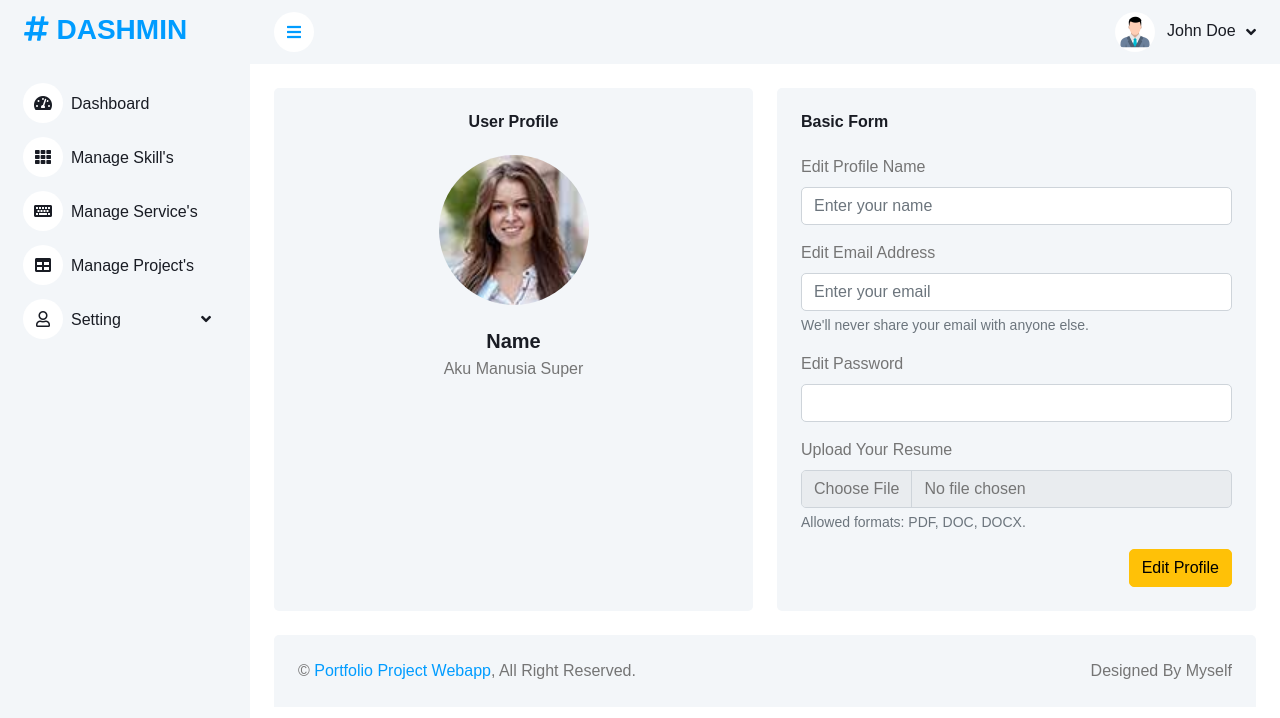
Repository: h4fizm/management-portfolio-project-webapp
Page: http://localhost/profile
These files come from the project's save history. The page is drawn as it stood at one moment and after the next save; the edit follows.
The browser window is 1280 px wide. The pictures show the whole page.
Some web fonts or font styles are not loaded; a fallback is used. Some web libraries are served in a nearby version. The page is served by the project's Laravel application, run on PHP 8.4 with Laravel 12. A made-up administrator, Test User (test@example.com), is signed in. Other server files are loaded and not shown.

Above is the page before, as saved 2025-01-15 03:23:43.
Console error: TypeError: Cannot read properties of undefined (reading 'getContext')

### routes/web.php
<?php

use Illuminate\Support\Facades\Route;
use App\Http\Controllers\AuthController;
use App\Http\Controllers\DashboardController;
use App\Http\Controllers\ProfileController;

Route::get('/', function () {
    return view('LandingPage');
});

Route::get('/login', [AuthController::class, 'showLoginPage'])->name('login.page');
Route::post('/login', [AuthController::class, 'login'])->name('login');

Route::get('/register', [AuthController::class, 'showRegisterPage'])->name('register.page');
Route::post('/register', [AuthController::class, 'register'])->name('register');

Route::post('/logout', [AuthController::class, 'logout'])->name('logout');

// Lindungi route dashboard dengan middleware auth
Route::get('/dashboard', [DashboardController::class, 'showMainPage'])->middleware('auth')->name('dashboard');
Route::get('/manage-user', [ProfileController::class, 'showManageUserPage'])->middleware('auth')->name('manage-user');
Route::get('/profile', [ProfileController::class, 'showProfilePage'])->middleware('auth')->name('profile');

### app/Models/User.php
<?php

namespace App\Models;

use Illuminate\Database\Eloquent\Factories\HasFactory;
use Illuminate\Database\Eloquent\Model;
use Illuminate\Foundation\Auth\User as Authenticatable;

class User extends Authenticatable
{
    use HasFactory;

    // Tentukan tabel yang digunakan
    protected $table = 'user';

    // Tentukan kolom yang dapat diisi
    protected $fillable = ['name', 'email', 'password', 'upload_resume'];

    // Sembunyikan kolom tertentu saat serialisasi
    protected $hidden = ['password', 'remember_token'];
}

### app/Http/Controllers/ProfileController.php
<?php

namespace App\Http\Controllers;

use Illuminate\Http\Request;

class ProfileController extends Controller
{
    public function showProfilePage()
    {
        return view('menu.profile');
    }
    public function showManageUserPage()
    {
        return view('menu.manage-user');
    }
}

### resources/views/menu/profile.blade.php
@extends('MainPage')
@section('title', 'User Profile')
@section('content')
<div class="container-fluid pt-4 px-4">
    <div class="row g-4">
        <!-- Bagian Kiri: Foto dan Nama -->
        <div class="col-lg-6">
            <div class="bg-light rounded h-100 p-4 text-center">
                <h6 class="mb-4">User Profile</h6>
                <div class="testimonial-item">
                    <img class="img-fluid rounded-circle mx-auto mb-4"
                         src="{{ asset('DashPage/img/testimonial-1.jpg') }}"
                         style="width: 150px; height: 150px;">
                    <h5 class="mb-1">Name</h5>
                    <p class="mb-0">Aku Manusia Super</p>
                </div>
            </div>
        </div>

        <!-- Bagian Kanan: Formulir -->
        <div class="col-lg-6">
            <div class="bg-light rounded h-100 p-4">
                <h6 class="mb-4">Basic Form</h6>
                <form>
                    <!-- Input Nama -->
                    <div class="mb-3">
                        <label for="exampleInputName" class="form-label">Edit Profile Name</label>
                        <input type="text" class="form-control" id="exampleInputName" name="name" placeholder="Enter your name">
                    </div>

                    <!-- Input Email -->
                    <div class="mb-3">
                        <label for="exampleInputEmail" class="form-label">Edit Email Address</label>
                        <input type="email" class="form-control" id="exampleInputEmail" name="email" placeholder="Enter your email">
                        <div id="emailHelp" class="form-text">We'll never share your email with anyone else.</div>
                    </div>

                    <!-- Input Password -->
                    <div class="mb-3">
                        <label for="exampleInputPassword1" class="form-label">Edit Password</label>
                        <input type="password" class="form-control" id="exampleInputPassword1" name="password">
                    </div>

                    <!-- Input File untuk Resume -->
                    <div class="mb-3">
                        <label for="formFileResume" class="form-label">Upload Your Resume</label>
                        <input class="form-control" type="file" id="formFileResume" name="resume" accept=".pdf,.doc,.docx">
                        <div id="fileHelp" class="form-text">Allowed formats: PDF, DOC, DOCX.</div>
                    </div>

                    <!-- Tombol Submit di Pojok Kanan Bawah -->
                    <div class="d-flex justify-content-end">
                        <button type="submit" class="btn btn-warning">Edit Profile</button>
                    </div>
                </form>
            </div>
        </div>
    </div>
</div>
@endsection

### resources/views/MainPage.blade.php
<!DOCTYPE html>
<html lang="en">

<head>
    <meta charset="utf-8">
    <title>@yield('title')</title>
    <meta content="width=device-width, initial-scale=1.0" name="viewport">
    <meta content="" name="keywords">
    <meta content="" name="description">

    <!-- Favicon -->
    <link href="img/favicon.ico" rel="icon">

    <!-- Google Web Fonts -->
    <link rel="preconnect" href="https://fonts.googleapis.com">
    <link rel="preconnect" href="https://fonts.gstatic.com" crossorigin>
    <link href="https://fonts.googleapis.com/css2?family=Heebo:wght@400;500;600;700&display=swap" rel="stylesheet">

    <!-- Icon Font Stylesheet -->
    <link href="https://cdnjs.cloudflare.com/ajax/libs/font-awesome/5.10.0/css/all.min.css" rel="stylesheet">
    <link href="https://cdn.jsdelivr.net/npm/bootstrap-icons@1.4.1/font/bootstrap-icons.css" rel="stylesheet">

    <!-- Libraries Stylesheet -->
    <link href="{{ asset('DashPage/lib/owlcarousel/assets/owl.carousel.min.css')}}" rel="stylesheet">
    <link href="{{ asset('DashPage/lib/tempusdominus/css/tempusdominus-bootstrap-4.min.css')}}" rel="stylesheet" />

    <!-- Customized Bootstrap Stylesheet -->
    <link href="{{ asset('DashPage/css/bootstrap.min.css')}}" rel="stylesheet">

    <!-- Template Stylesheet -->
    <link href="{{ asset('DashPage/css/style.css')}}" rel="stylesheet">
</head>

<body>
    <div class="container-xxl position-relative bg-white d-flex p-0">
        <!-- Spinner Start -->
        <div id="spinner" class="show bg-white position-fixed translate-middle w-100 vh-100 top-50 start-50 d-flex align-items-center justify-content-center">
            <div class="spinner-border text-primary" style="width: 3rem; height: 3rem;" role="status">
                <span class="sr-only">Loading...</span>
            </div>
        </div>
        <!-- Spinner End -->


        <!-- Sidebar Start -->
        @include('partials.sidebar')
        <!-- Sidebar End -->


        <!-- Content Start -->
        <div class="content">
            <!-- Navbar Start -->
            @include('partials.header')
            <!-- Navbar End -->


            <!-- Main Content -->
             @yield('content')
            <!-- End Main Content -->

            <!-- Footer Start -->
             @include('partials.footer')
            <!-- Footer End -->
        </div>
        <!-- Content End -->


        <!-- Back to Top -->
        {{-- <a href="#" class="btn btn-lg btn-primary btn-lg-square back-to-top"><i class="bi bi-arrow-up"></i></a> --}}
    </div>

    <!-- JavaScript Libraries -->
    <script src="https://code.jquery.com/jquery-3.4.1.min.js"></script>
    <script src="https://cdn.jsdelivr.net/npm/bootstrap@5.0.0/dist/js/bootstrap.bundle.min.js"></script>
    <script src="{{ asset('DashPage/lib/chart/chart.min.js')}}"></script>
    <script src="{{ asset('DashPage/lib/easing/easing.min.js')}}"></script>
    <script src="{{ asset('DashPage/lib/waypoints/waypoints.min.js')}}"></script>
    <script src="{{ asset('DashPage/lib/owlcarousel/owl.carousel.min.js')}}"></script>
    <script src="{{ asset('DashPage/lib/tempusdominus/js/moment.min.js')}}"></script>
    <script src="{{ asset('DashPage/lib/tempusdominus/js/moment-timezone.min.js')}}"></script>
    <script src="{{ asset('DashPage/lib/tempusdominus/js/tempusdominus-bootstrap-4.min.js')}}"></script>

    <!-- Template Javascript -->
    <script src="{{ asset('DashPage/js/main.js')}}"></script>
</body>

</html>

### resources/views/partials/sidebar.blade.php
<div class="sidebar pe-4 pb-3">
    <nav class="navbar bg-light navbar-light">
        <a href="{{ route('dashboard') }}" class="navbar-brand mx-4 mb-3">
            <h3 class="text-primary"><i class="fa fa-hashtag me-2"></i>DASHMIN</h3>
        </a>
        <div class="navbar-nav w-100">
            <a href="{{ route('dashboard') }}" class="nav-item nav-link @if(Route::currentRouteName() == 'dashboard') active @endif">
                <i class="fa fa-tachometer-alt me-2"></i>Dashboard
            </a>
            <a href="#" class="nav-item nav-link">
                <i class="fa fa-th me-2"></i>Manage Skill's
            </a>
            <a href="#" class="nav-item nav-link">
                <i class="fa fa-keyboard me-2"></i>Manage Service's
            </a>
            <a href="#" class="nav-item nav-link">
                <i class="fa fa-table me-2"></i>Manage Project's
            </a>
            <div class="nav-item dropdown">
                <a href="#" class="nav-link dropdown-toggle" data-bs-toggle="dropdown">
                    <i class="far fa-user me-2"></i>Setting
                </a>
                <div class="dropdown-menu bg-transparent border-0">
                    <a href="{{ route('manage-user') }}" class="dropdown-item">Manage User</a>
                    <a href="{{ route('profile') }}" class="dropdown-item @if(Route::currentRouteName() == 'profile') active @endif">My Profile</a>
                </div>
            </div>
        </div>
    </nav>
</div>

### resources/views/partials/header.blade.php
<nav class="navbar navbar-expand bg-light navbar-light sticky-top px-4 py-0">
    <a href="index.html" class="navbar-brand d-flex d-lg-none me-4">
        <h2 class="text-primary mb-0"><i class="fa fa-hashtag"></i></h2>
    </a>
    <a href="#" class="sidebar-toggler flex-shrink-0">
        <i class="fa fa-bars"></i>
    </a>
    <div class="navbar-nav align-items-center ms-auto">
        <div class="nav-item dropdown">
            <a href="#" class="nav-link dropdown-toggle" data-bs-toggle="dropdown">
                <img class="rounded-circle me-lg-2" src="{{ asset('DashPage/img/user.jpg') }}" alt="" style="width: 40px; height: 40px;">
                <span class="d-none d-lg-inline-flex">John Doe</span>
            </a>
            <div class="dropdown-menu dropdown-menu-end bg-light border-0 rounded-0 rounded-bottom m-0">
                <a href="#" class="dropdown-item">My Profile</a>
                <a href="#" class="dropdown-item" onclick="event.preventDefault(); document.getElementById('logout-form').submit();">
                    Log Out
                </a>
                <form id="logout-form" action="{{ route('logout') }}" method="POST" style="display: none;">
                    @csrf
                </form>
            </div>
        </div>
    </div>
</nav>

### resources/views/partials/footer.blade.php
<div class="container-fluid pt-4 px-4">
    <div class="bg-light rounded-top p-4">
        <div class="row">
            <div class="col-12 col-sm-6 text-center text-sm-start">
                &copy; <a href="">Portfolio Project Webapp</a>, All Right Reserved.
            </div>
            <div class="col-12 col-sm-6 text-center text-sm-end">
                <!--/*** This template is free as long as you keep the footer author’s credit link/attribution link/backlink. If you'd like to use the template without the footer author’s credit link/attribution link/backlink, you can purchase the Credit Removal License from "https://htmlcodex.com/credit-removal". Thank you for your support. ***/-->
                Designed By Myself</a>
            </div>
        </div>
    </div>
</div>

### public/DashPage/css/style.css
/********** Template CSS **********/
:root {
    --primary: #009CFF;
    --light: #F3F6F9;
    --dark: #191C24;
}

.back-to-top {
    position: fixed;
    display: none;
    right: 45px;
    bottom: 45px;
    z-index: 99;
}


/*** Spinner ***/
#spinner {
    opacity: 0;
    visibility: hidden;
    transition: opacity .5s ease-out, visibility 0s linear .5s;
    z-index: 99999;
}

#spinner.show {
    transition: opacity .5s ease-out, visibility 0s linear 0s;
    visibility: visible;
    opacity: 1;
}


/*** Button ***/
.btn {
    transition: .5s;
}

.btn.btn-primary {
    color: #FFFFFF;
}

.btn-square {
    width: 38px;
    height: 38px;
}

.btn-sm-square {
    width: 32px;
    height: 32px;
}

.btn-lg-square {
    width: 48px;
    height: 48px;
}

.btn-square,
.btn-sm-square,
.btn-lg-square {
    padding: 0;
    display: inline-flex;
    align-items: center;
    justify-content: center;
    font-weight: normal;
    border-radius: 50px;
}


/*** Layout ***/
.sidebar {
    position: fixed;
    top: 0;
    left: 0;
    bottom: 0;
    width: 250px;
    height: 100vh;
    overflow-y: auto;
    background: var(--light);
    transition: 0.5s;
    z-index: 999;
}

.content {
    margin-left: 250px;
    min-height: 100vh;
    background: #FFFFFF;
    transition: 0.5s;
}

@media (min-width: 992px) {
    .sidebar {
        margin-left: 0;
    }

    .sidebar.open {
        margin-left: -250px;
    }

    .content {
        width: calc(100% - 250px);
    }

    .content.open {
        width: 100%;
        margin-left: 0;
    }
}

@media (max-width: 991.98px) {
    .sidebar {
        margin-left: -250px;
    }

    .sidebar.open {
        margin-left: 0;
    }

    .content {
        width: 100%;
        margin-left: 0;
    }
}


/*** Navbar ***/
.sidebar .navbar .navbar-nav .nav-link {
    padding: 7px 20px;
    color: var(--dark);
    font-weight: 500;
    border-left: 3px solid var(--light);
    border-radius: 0 30px 30px 0;
    outline: none;
}

.sidebar .navbar .navbar-nav .nav-link:hover,
.sidebar .navbar .navbar-nav .nav-link.active {
    color: var(--primary);
    background: #FFFFFF;
    border-color: var(--primary);
}

.sidebar .navbar .navbar-nav .nav-link i {
    width: 40px;
    height: 40px;
    display: inline-flex;
    align-items: center;
    justify-content: center;
    background: #FFFFFF;
    border-radius: 40px;
}

.sidebar .navbar .navbar-nav .nav-link:hover i,
.sidebar .navbar .navbar-nav .nav-link.active i {
    background: var(--light);
}

.sidebar .navbar .dropdown-toggle::after {
    position: absolute;
    top: 15px;
    right: 15px;
    border: none;
    content: "\f107";
    font-family: "Font Awesome 5 Free";
    font-weight: 900;
    transition: .5s;
}

.sidebar .navbar .dropdown-toggle[aria-expanded=true]::after {
    transform: rotate(-180deg);
}

.sidebar .navbar .dropdown-item {
    padding-left: 25px;
    border-radius: 0 30px 30px 0;
}

.content .navbar .navbar-nav .nav-link {
    margin-left: 25px;
    padding: 12px 0;
    color: var(--dark);
    outline: none;
}

.content .navbar .navbar-nav .nav-link:hover,
.content .navbar .navbar-nav .nav-link.active {
    color: var(--primary);
}

.content .navbar .sidebar-toggler,
.content .navbar .navbar-nav .nav-link i {
    width: 40px;
    height: 40px;
    display: inline-flex;
    align-items: center;
    justify-content: center;
    background: #FFFFFF;
    border-radius: 40px;
}

.content .navbar .dropdown-toggle::after {
    margin-left: 6px;
    vertical-align: middle;
    border: none;
    content: "\f107";
    font-family: "Font Awesome 5 Free";
    font-weight: 900;
    transition: .5s;
}

.content .navbar .dropdown-toggle[aria-expanded=true]::after {
    transform: rotate(-180deg);
}

@media (max-width: 575.98px) {
    .content .navbar .navbar-nav .nav-link {
        margin-left: 15px;
    }
}


/*** Date Picker ***/
.bootstrap-datetimepicker-widget.bottom {
    top: auto !important;
}

.bootstrap-datetimepicker-widget .table * {
    border-bottom-width: 0px;
}

.bootstrap-datetimepicker-widget .table th {
    font-weight: 500;
}

.bootstrap-datetimepicker-widget.dropdown-menu {
    padding: 10px;
    border-radius: 2px;
}

.bootstrap-datetimepicker-widget table td.active,
.bootstrap-datetimepicker-widget table td.active:hover {
    background: var(--primary);
}

.bootstrap-datetimepicker-widget table td.today::before {
    border-bottom-color: var(--primary);
}


/*** Testimonial ***/
.progress .progress-bar {
    width: 0px;
    transition: 2s;
}


/*** Testimonial ***/
.testimonial-carousel .owl-dots {
    margin-top: 24px;
    display: flex;
    align-items: flex-end;
    justify-content: center;
}

.testimonial-carousel .owl-dot {
    position: relative;
    display: inline-block;
    margin: 0 5px;
    width: 15px;
    height: 15px;
    border: 5px solid var(--primary);
    border-radius: 15px;
    transition: .5s;
}

.testimonial-carousel .owl-dot.active {
    background: var(--dark);
    border-color: var(--primary);
}

### public/DashPage/js/main.js
(function ($) {
    "use strict";

    // Spinner
    var spinner = function () {
        setTimeout(function () {
            if ($('#spinner').length > 0) {
                $('#spinner').removeClass('show');
            }
        }, 1);
    };
    spinner();


    // Back to top button
    $(window).scroll(function () {
        if ($(this).scrollTop() > 300) {
            $('.back-to-top').fadeIn('slow');
        } else {
            $('.back-to-top').fadeOut('slow');
        }
    });
    $('.back-to-top').click(function () {
        $('html, body').animate({scrollTop: 0}, 1500, 'easeInOutExpo');
        return false;
    });


    // Sidebar Toggler
    $('.sidebar-toggler').click(function () {
        $('.sidebar, .content').toggleClass("open");
        return false;
    });


    // Progress Bar
    $('.pg-bar').waypoint(function () {
        $('.progress .progress-bar').each(function () {
            $(this).css("width", $(this).attr("aria-valuenow") + '%');
        });
    }, {offset: '80%'});


    // Calender
    $('#calender').datetimepicker({
        inline: true,
        format: 'L'
    });


    // Testimonials carousel
    $(".testimonial-carousel").owlCarousel({
        autoplay: true,
        smartSpeed: 1000,
        items: 1,
        dots: true,
        loop: true,
        nav : false
    });


    // Worldwide Sales Chart
    var ctx1 = $("#worldwide-sales").get(0).getContext("2d");
    var myChart1 = new Chart(ctx1, {
        type: "bar",
        data: {
            labels: ["2016", "2017", "2018", "2019", "2020", "2021", "2022"],
            datasets: [{
                    label: "USA",
                    data: [15, 30, 55, 65, 60, 80, 95],
                    backgroundColor: "rgba(0, 156, 255, .7)"
                },
                {
                    label: "UK",
                    data: [8, 35, 40, 60, 70, 55, 75],
                    backgroundColor: "rgba(0, 156, 255, .5)"
                },
                {
                    label: "AU",
                    data: [12, 25, 45, 55, 65, 70, 60],
                    backgroundColor: "rgba(0, 156, 255, .3)"
                }
            ]
            },
        options: {
            responsive: true
        }
    });


    // Salse & Revenue Chart
    var ctx2 = $("#salse-revenue").get(0).getContext("2d");
    var myChart2 = new Chart(ctx2, {
        type: "line",
        data: {
            labels: ["2016", "2017", "2018", "2019", "2020", "2021", "2022"],
            datasets: [{
                    label: "Salse",
                    data: [15, 30, 55, 45, 70, 65, 85],
                    backgroundColor: "rgba(0, 156, 255, .5)",
                    fill: true
                },
                {
                    label: "Revenue",
                    data: [99, 135, 170, 130, 190, 180, 270],
                    backgroundColor: "rgba(0, 156, 255, .3)",
                    fill: true
                }
            ]
            },
        options: {
            responsive: true
        }
    });



    // Single Line Chart
    var ctx3 = $("#line-chart").get(0).getContext("2d");
    var myChart3 = new Chart(ctx3, {
        type: "line",
        data: {
            labels: [50, 60, 70, 80, 90, 100, 110, 120, 130, 140, 150],
            datasets: [{
                label: "Salse",
                fill: false,
                backgroundColor: "rgba(0, 156, 255, .3)",
                data: [7, 8, 8, 9, 9, 9, 10, 11, 14, 14, 15]
            }]
        },
        options: {
            responsive: true
        }
    });


    // Single Bar Chart
    var ctx4 = $("#bar-chart").get(0).getContext("2d");
    var myChart4 = new Chart(ctx4, {
        type: "bar",
        data: {
            labels: ["Italy", "France", "Spain", "USA", "Argentina"],
            datasets: [{
                backgroundColor: [
                    "rgba(0, 156, 255, .7)",
                    "rgba(0, 156, 255, .6)",
                    "rgba(0, 156, 255, .5)",
                    "rgba(0, 156, 255, .4)",
                    "rgba(0, 156, 255, .3)"
                ],
                data: [55, 49, 44, 24, 15]
            }]
        },
        options: {
            responsive: true
        }
    });


    // Pie Chart
    var ctx5 = $("#pie-chart").get(0).getContext("2d");
    var myChart5 = new Chart(ctx5, {
        type: "pie",
        data: {
            labels: ["Italy", "France", "Spain", "USA", "Argentina"],
            datasets: [{
                backgroundColor: [
                    "rgba(0, 156, 255, .7)",
                    "rgba(0, 156, 255, .6)",
                    "rgba(0, 156, 255, .5)",
                    "rgba(0, 156, 255, .4)",
                    "rgba(0, 156, 255, .3)"
                ],
                data: [55, 49, 44, 24, 15]
            }]
        },
        options: {
            responsive: true
        }
    });


    // Doughnut Chart
    var ctx6 = $("#doughnut-chart").get(0).getContext("2d");
    var myChart6 = new Chart(ctx6, {
        type: "doughnut",
        data: {
            labels: ["Italy", "France", "Spain", "USA", "Argentina"],
            datasets: [{
                backgroundColor: [
                    "rgba(0, 156, 255, .7)",
                    "rgba(0, 156, 255, .6)",
                    "rgba(0, 156, 255, .5)",
                    "rgba(0, 156, 255, .4)",
                    "rgba(0, 156, 255, .3)"
                ],
                data: [55, 49, 44, 24, 15]
            }]
        },
        options: {
            responsive: true
        }
    });


})(jQuery);

Loaded but not shown: app/Http/Controllers/Controller.php (common file); public/DashPage/lib/owlcarousel/assets/owl.carousel.min.css (common file); public/DashPage/lib/tempusdominus/css/tempusdominus-bootstrap-4.min.css (library); public/DashPage/css/bootstrap.min.css (library); public/DashPage/lib/chart/chart.min.js (library); public/DashPage/lib/easing/easing.min.js (common file); public/DashPage/lib/waypoints/waypoints.min.js (library); public/DashPage/lib/owlcarousel/owl.carousel.min.js (library); public/DashPage/lib/tempusdominus/js/moment.min.js (library); public/DashPage/lib/tempusdominus/js/moment-timezone.min.js (library); public/DashPage/lib/tempusdominus/js/tempusdominus-bootstrap-4.min.js (library)

After the next save:
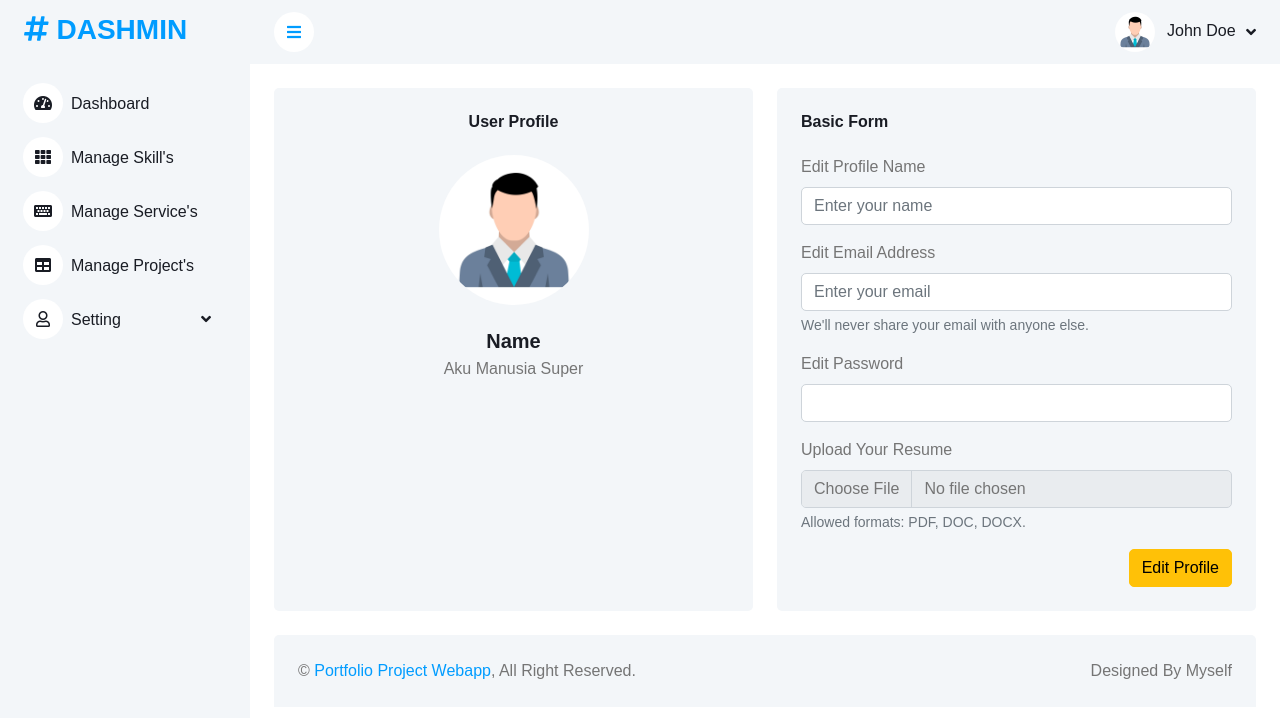
Saved 2 min 39 s later.
--- a/resources/views/menu/profile.blade.php
+++ b/resources/views/menu/profile.blade.php
@@ -9,7 +9,7 @@
                 <h6 class="mb-4">User Profile</h6>
                 <div class="testimonial-item">
                     <img class="img-fluid rounded-circle mx-auto mb-4"
-                         src="{{ asset('DashPage/img/testimonial-1.jpg') }}"
+                         src="{{ asset('DashPage/img/user.jpg') }}"
                          style="width: 150px; height: 150px;">
                     <h5 class="mb-1">Name</h5>
                     <p class="mb-0">Aku Manusia Super</p>
